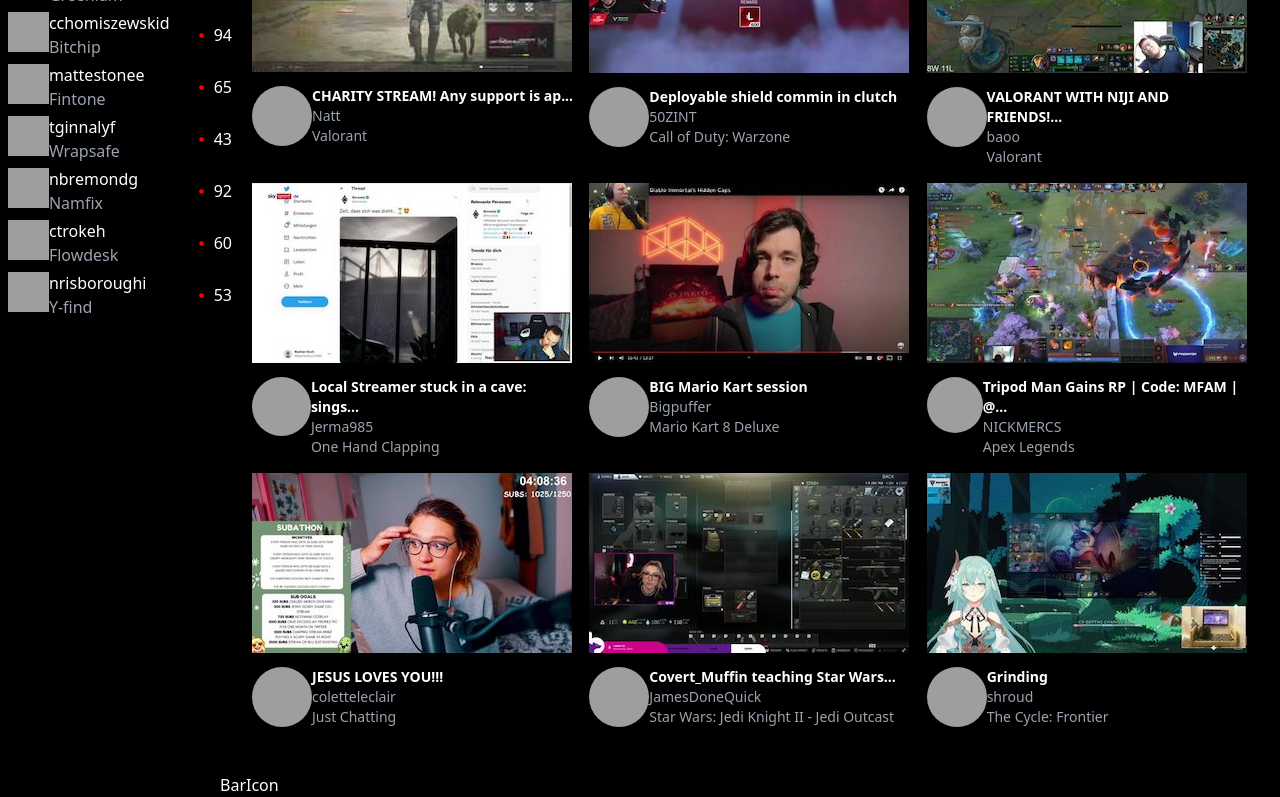
Repository: remydev47/twitch-clone
Page: /
These files come from the project's save history. The page is drawn as it stood at one moment and after the next save; the edit follows.
The browser window is 1280 px wide. The pictures show the part of the page from y = 859 to 1811 px (the page is 1656 px tall before and 1811 px after).
Pictures or frames that could not be fetched are drawn as grey boxes. The page's requests for data from a server got no answer. The project was rebuilt for these pictures with package versions that can differ from the ones it lists, and the page was loaded fresh each time. The framework's server and built-in components were replaced by stand-ins that run in the browser. No one was signed in, and anything a server would have sent is missing. Also part of the build but not shown: next.config.js.

Above is the page before, as saved 2022-07-28 21:19:28.

### pages/_app.js
import Navbar from '../components/Navbar';
import { SessionProvider } from "next-auth/react"
import '../styles/globals.css'

function MyApp({ session, Component, pageProps }) {
  return (
    <SessionProvider session={session}>
    <Navbar />
   <Component {...pageProps} />
  </SessionProvider>
  )
}

export default MyApp

### pages/index.js
import Head from 'next/head'
import Image from 'next/image'
import Layout from '../components/Layout'
import Navbar from '../components/Navbar'


export default function Home() {
  return (
    <div>
      <Layout />
    </div>
  )
}

### components/Navbar.js
import React, { Fragment } from 'react'
import Link from 'next/link'
import Image from 'next/image'
import Logo from '../public/assets/logo.png'
import { BsPerson, BsSearch, BsThreeDotsVertical } from 'react-icons/bs';
import { AiOutlineMenu, AiOutlineClose } from 'react-icons/ai';
import { Menu, Transition } from '@headlessui/react'
import { useState } from 'react'
import { useSession, signIn, signOut } from 'next-auth/react'


function classNames(...classes) {
  return classes.filter(Boolean).join('')
}

const Navbar = () => {

  const [nav, setNav] = useState(true)

  const handleNav = () => {
    setNav(!nav)
  }

  const { data: session } = useSession()
  console.log(session)

  return (
    <div className={styles.container}>
      {/* Left Bar */}
      <div className={styles.leftWrapper}>
        <Link href="/">
          <a>
            <Image
              alt="/"
              src={Logo}
              height={36}
              width={36}
              className='cursor-pointer z-10'
            />
          </a>
        </Link>
        <p className='p-4'>Browse</p>
        <div className='p-4'>
        <Menu as='div' className='relative text-left'>
            <div className='flex'>
              <Menu.Button>
                <BsThreeDotsVertical size={20} />
              </Menu.Button>
            </div>

            <Transition
              as={Fragment}
              enter='transition ease-out duration-100'
              enterFrom='transform opacity-0 scale-95'
              enterTo='transform opacity-100 scale-100'
              leave='transition ease-in duration-75'
              leaveFrom='transform opacity-100 scale-100'
              leaveTo='transform opacity-0 scale-95'
            >
              <Menu.Items className='origin-top-right absolute left-0 mt-2 w-56 rounded-md shadow-lg bg-[#0e0e10] ring-1 ring-white ring-opacity-5 focus:outline-none'>
                <div className='py-1'>
                  <Menu.Item>
                    {({ active }) => (
                      <a
                        href='#'
                        className={classNames(
                          active
                            ? 'bg-gray-500 text-gray-100'
                            : 'text-gray-200',
                          'block px-4 py-2 text-sm'
                        )}
                      >
                        Settings
                      </a>
                    )}
                  </Menu.Item>
                  <Menu.Item>
                    {({ active }) => (
                      <a
                        href='#'
                        className={classNames(
                          active
                            ? 'bg-gray-500 text-gray-100'
                            : 'text-gray-200',
                          'block px-4 py-2 text-sm'
                        )}
                      >
                        Support
                      </a>
                    )}
                  </Menu.Item>
                  <Menu.Item>
                    {({ active }) => (
                      <a
                        href='#'
                        className={classNames(
                          active
                            ? 'bg-gray-500 text-gray-100'
                            : 'text-gray-200',
                          'block px-4 py-2 text-sm'
                        )}
                      >
                        License
                      </a>
                    )}
                  </Menu.Item>
                </div>
              </Menu.Items>
            </Transition>
          </Menu>
       </div>
      </div>
      {/* Middlebar */}
      <div className={styles.middleContainer}>
        <div className={styles.middleWrapper}>
          <div>
            <input
               type="text"
               placeholder='Search'
               className={styles.input}
             />
          </div>
          <div>
            <BsSearch size={30} />
          </div>
        </div>
      </div>
      {/* Rightside */}
      <div className={styles.rightContainer}>
        {session ?  (
          <div className='flex items-center'>
            <Link href="/">
              <div>
                <p className='pr-4 cursor-pointer'>Welcome, {session.user.name}</p>
              </div>
            </Link>
            <Menu as='div' className='relative text-left'>
            <div className='flex'>
              <Menu.Button>
                <Image
                  src={session.user.image}
                  className='rounded-full'
                  width={45}
                  height={45}
                />
              </Menu.Button>
            </div>

            <Transition
              as={Fragment}
              enter='transition ease-out duration-100'
              enterFrom='transform opacity-0 scale-95'
              enterTo='transform opacity-100 scale-100'
              leave='transition ease-in duration-75'
              leaveFrom='transform opacity-100 scale-100'
              leaveTo='transform opacity-0 scale-95'
            >
              <Menu.Items className='origin-top-right absolute right-0 mt-2 w-56 rounded-md shadow-lg bg-[#0e0e10] ring-1 ring-white ring-opacity-5 focus:outline-none'>
                <div className='py-1'>
                  <Menu.Item>
                    {({ active }) => (
                      <a
                        href='/account'
                        className={classNames(
                          active
                            ? 'bg-gray-500 text-gray-100'
                            : 'text-gray-200',
                          'block px-4 py-2 text-sm'
                        )}
                      >
                        Account
                      </a>
                    )}
                  </Menu.Item>
                  <Menu.Item>
                    {({ active }) => (
                      <p
                        onClick={() => signOut()}
                        className={classNames(
                          active
                            ? 'bg-gray-500 text-gray-100'
                            : 'text-gray-200',
                          'block px-4 py-2 text-sm'
                        )}
                      >
                        LogOut
                      </p>
                    )}
                  </Menu.Item>
                </div>
              </Menu.Items>
            </Transition>
          </Menu>
          </div>
          ) : (
          <div className={styles.rightWrapper}>
          <Link href="/account">
            <button className={styles.accountContainer}>
              Account
            </button>
          </Link>
          <BsPerson size={30}/>
        </div>
        )}
      </div>
      {/* Humburger Menu */}
      <div
      onClick={handleNav}
        className={styles.menuItem}
      >
       {nav ? <AiOutlineClose size={25} /> :  <AiOutlineMenu size={25}/>}
      </div>
      {/* Mobile Menu */}
     <div
       className={
        nav
         ? styles.mobileContainer1
         : styles.mobileContainer2
       }
     >
      <ul className='text-center'>
        <li onClick={()=>setNav(false)} className={styles.homestyles}>
          <Link href="/">Home</Link>
        </li>
        <li onClick={()=>setNav(false)}  className={styles.homestyles}>
          <Link href="/">Live Channels</Link>
        </li>
        <li onClick={()=>setNav(false)}  className={styles.homestyles}>
          <Link href="/">Top Categories</Link>
        </li>
        <li onClick={()=>setNav(false)}  className={styles.homestyles}>
          <Link href="/account">Account</Link>
        </li>
      </ul>
     </div>

    </div>
  )
}

export default Navbar

const styles ={
    container:`fixed h-14 w-full flex flex-nowrap items-center p-4 bg-[#0e0e10] mb-[2px] z-10`,
    leftWrapper:`flex grow items-center justify-start`,
    middleContainer:`hidden md:flex grow-[2] justify-center item-center`,
    middleWrapper:`flex bg-gray-500 text-white justify-between items-center max-w-[400px] w-full m-auto p-2 rounded-2xl`,
    input:`bg-transparent border-none text-white focus:outline-none`,
    rightContainer:`hidden md:flex grow items-center justify-end`,
    rightWrapper:`flex items-center`,
    accountContainer:`px-4 py-[6px] font-bold rounded-xl bg-[#9147FF] mr-2`,
    mobileContainer1: `md:hidden fixed top-0 left-0 w-full h-screen bg-[#0e0e10] flex justify-center items-center ease-in duration-300`,
    mobileContainer2: `md:hidden fixed top-[-100%] left-0 w-full h-screen bg-[#0e0e10] flex justify-center items-center ease-in duration-300`,
    homestyles:`p-4 text-3xl font-bold`,
    menuItem:`block md:hidden z-10 cursor-pointer`
}

### styles/globals.css
@tailwind base;
@tailwind components;
@tailwind utilities;

html {
  @apply bg-black text-white
}

### components/Layout.js
import React from 'react'
import Main from './Main';
import Sidebar from './Sidebar'

const Layout = () => {
  return (
    <div className={styles.container}>
        <Sidebar />
        <Main />
    </div>
  )
}

export default Layout;
 const styles = {
    container: `pt-[60px] flex w-full`
 }

### components/Main.js
import React from 'react'
import BarIcon from './BarIcon'
import Hero from './Hero'
import LiveChannels from './LiveChannels'

const Main = () => {
  return (
    <div className={styles.container}>
      <Hero />
      <LiveChannels />
      <BarIcon />
    </div>
  )
}

export default Main
const styles = {
  container:`absolute left-[64px] xl:left-[220px]`
}

### components/Sidebar.js
import React from 'react'
import { recommended_channels } from '../data/mock-data'
import { top_channels } from '../data/mock-data'
import { RiMovieLine } from 'react-icons/ri'
import Image from 'next/image'
import { BsDot } from 'react-icons/bs'

const Sidebar = () => {
  return (
    <div className={styles.container}>
        <div>
            <p className={styles.channels}>Recommended Channels</p>
            <p>
                <RiMovieLine size={30} className={styles.movieIcon}/>
            </p>
        </div>
        {recommended_channels.map((item, index) => (
          <div key={index} className={styles.mapchannel}>
            <div>
              <Image
                src={item.avatar}
                width='50'
                height='50'
              />
            </div>
            <div className={styles.username}>
              <div>
                <p>{item.username}</p>
                <p className='text-gray-400'>{item.game_name}</p>
              </div>
              <p className='flex items-center'>
                <BsDot size={25} color='red'/>
                {item.rank}
              </p>
            </div>
          </div>
        ))}
        <div>
            <p className={styles.channels}>Top Channels</p>
            <p>
                <RiMovieLine size={30} className={styles.movieIcon}/>
            </p>
        </div>
        {top_channels.map((item, index) => (
          <div key={index} className={styles.mapchannel}>
            <div>
              <Image
                src={item.avatar}
                width='50'
                height='50'
              />
            </div>
            <div className={styles.username}>
              <div>
                <p>{item.username}</p>
                <p className='text-gray-400'>{item.game_name}</p>
              </div>
              <p className='flex items-center'>
                <BsDot size={25} color='red'/>
                {item.rank}
              </p>
            </div>
          </div>
        ))}
    </div>
  )
}

export default Sidebar
const styles ={
    container:`fixed w-14 sm:w-16 xl:w-[15rem] h-screen p-2 bg-[#0e0e10] cursor-pointer`,
    channels:`hidden xl:flex uppercase font-bold text-sm pb-4`,
    movieIcon: `xl:hidden justify-center w-full`,
    mapchannel:`inline-flex items-center w-full py-[2px]`,
    username: `hidden xl:flex justify-between w-full`,

}

### components/BarIcon.js
import React from 'react'
import headphones from '../public/assets/headphones.png'
import mic from '../public/assets/mic.png';
import paint from '../public/assets/paint.png';
import remote from '../public/assets/remote.png';
import trophy from '../public/assets/trophy.png'

const BarIcon = () => {
  return (
    <div>BarIcon</div>
  )
}

export default BarIcon

### components/Hero.js
import React from 'react'

const Hero = () => {
  return (
    <div id='hero' className='p-2 md:p-8'>
        <div className='relative overflow-hidden w-full pt-[56.25%]'>
        <iframe
        className='absolute top-0 left-0 right-0 bottom-0 w-full h-full'
        src="https://www.youtube.com/embed/dFvx-4gb-p4"
        title="YouTube video player"
        frameborder="0"
        allow="accelerometer; autoplay; clipboard-write; encrypted-media; gyroscope; picture-in-picture"
        allowfullscreen
        >
        </iframe>
        </div>
    </div>
  )
}

export default Hero

### components/LiveChannels.js
import React from 'react'
import ChannellItem from './ChannellItem'
import Live1 from '../public/assets/live/live1.jpeg'
import Live2 from '../public/assets/live/live2.jpeg'
import Live3 from '../public/assets/live/live3.jpeg'
import Live4 from '../public/assets/live/live4.jpeg'
import Live5 from '../public/assets/live/live5.jpeg'
import Live6 from '../public/assets/live/live6.jpeg'
import Live7 from '../public/assets/live/live7.jpeg'
import Live8 from '../public/assets/live/live8.jpeg'
import Live9 from '../public/assets/live/live9.jpeg'
import Live10 from '../public/assets/live/live10.jpeg'
import Live11 from '../public/assets/live/live11.jpeg'
import Live12 from '../public/assets/live/live12.jpeg'

const LiveChannels = () => {
  return (
    <div id=''live className='p-2 md:p-8'>
        <h2 className={styles.live}>
            <span className='text-[#9147ff]'>Live Channels</span>
            <span> we think you might like</span>
        </h2>
        {/* video container */}
        <div className={styles.videoContainer}>
            <ChannellItem
              img={Live1}
              profile_img='https://static-cdn.jtvnw.net/jtv_user_pictures/ced31775-5eb0-458a-b3c2-bd94b3587ec1-profile_image-50x50.png'
              title='CHARITY STREAM! Any support is ap...'
              user='Natt'
              game='Valorant'
            />
            <ChannellItem
              img={Live2}
              profile_img='https://static-cdn.jtvnw.net/jtv_user_pictures/5d92c6c6-69f6-4d4e-8fc3-aeb9da5e6260-profile_image-50x50.png'
              title='Deployable shield commin in clutch'
              user='50ZINT'
              game='Call of Duty: Warzone'
            />
         <ChannellItem
          img={Live3}
          profile_img='https://static-cdn.jtvnw.net/jtv_user_pictures/26fac640-e78a-49f4-8ab2-8d12b92574c6-profile_image-50x50.png'
          title='VALORANT WITH NIJI AND FRIENDS!...'
          user='baoo'
          game='Valorant'
        />
        <ChannellItem
          img={Live4}
          profile_img='https://static-cdn.jtvnw.net/jtv_user_pictures/jerma985-profile_image-447425e773e6fd5c-50x50.jpeg'
          title='Local Streamer stuck in a cave: sings...'
          user='Jerma985'
          game='One Hand Clapping'
        />
        <ChannellItem
          img={Live5}
          profile_img='https://static-cdn.jtvnw.net/jtv_user_pictures/bed3ea39-265b-4632-b866-598bb8c045dd-profile_image-50x50.png'
          title='BIG Mario Kart session'
          user='Bigpuffer'
          game='Mario Kart 8 Deluxe'
        />
        <ChannellItem
          img={Live6}
          profile_img='https://static-cdn.jtvnw.net/jtv_user_pictures/b3c347ed-1a7a-40a2-8bee-8a7c4426eb33-profile_image-50x50.png'
          title='Tripod Man Gains RP | Code: MFAM | @...'
          user='NICKMERCS'
          game='Apex Legends'
        />
        <ChannellItem
          img={Live7}
          profile_img='https://static-cdn.jtvnw.net/jtv_user_pictures/25911b2f-6077-4e46-b66e-25f1655f09f6-profile_image-50x50.png'
          title='JESUS LOVES YOU!!!'
          user='coletteleclair'
          game='Just Chatting'
        />
        <ChannellItem
          img={Live8}
          profile_img='https://static-cdn.jtvnw.net/jtv_user_pictures/b3fc1f16-0818-4121-8711-c31b9469bc21-profile_image-50x50.png'
          title='Covert_Muffin teaching Star Wars...'
          user='JamesDoneQuick'
          game='Star Wars: Jedi Knight II - Jedi Outcast'
        />
        <ChannellItem
          img={Live9}
          profile_img='https://static-cdn.jtvnw.net/jtv_user_pictures/7ed5e0c6-0191-4eef-8328-4af6e4ea5318-profile_image-50x50.png'
          title='Grinding'
          user='shroud'
          game='The Cycle: Frontier'
        />
        </div>
    </div>
  )
}

export default LiveChannels

const styles = {
    live:`text-xl font-bold px-2`,
    videoContainer:`grid sm:grid-cols-2 md:grid-cols-3 2xl:grid-cols-4 3xl:grid-cols-5 gap-4 py-2`
}

### data/mock-data.js
export const recommended_channels = [
    {
      "id":1,
      "avatar":"https://robohash.org/facereutcorrupti.png?size=50x50&set=set1",
      "username":"tcarluccio0",
      "game_name":"Holdlamis",
      "rank":49
    },
    {
    "id":2,
    "avatar":"https://robohash.org/estquaeratneque.png?size=50x50&set=set1",
    "username":"omacgeaney1",
    "game_name":"Stringtough",
    "rank":8
    },
   {
   "id":3,
   "avatar":"https://robohash.org/etcommodidolor.png?size=50x50&set=set1",
   "username":"hrains2",
   "game_name":"Redhold",
   "rank":36
   },
   {
    "id":4,
    "avatar":"https://robohash.org/inerrorquia.png?size=50x50&set=set1",
    "username":"sallflatt3",
    "game_name":"Bamity",
    "rank":55
  },
  {
  "id":5,
   "avatar":"https://robohash.org/utquibusdamtenetur.png?size=50x50&set=set1",
   "username":"ctrevear4",
   "game_name":"Lotstring",
   "rank":43
  },
  {
   "id":6,
   "avatar":"https://robohash.org/totamvoluptatessuscipit.png?size=50x50&set=set1",
   "username":"ttrench5",
   "game_name":"Wrapsafe",
   "rank":27
  },
  {
    "id":7,
    "avatar":"https://robohash.org/repellatdoloresvoluptate.png?size=50x50&set=set1",
    "username":"lbonifacio6",
    "game_name":"Bamity",
    "rank":34},
   {
    "id":8,
    "avatar":"https://robohash.org/quimaximequi.png?size=50x50&set=set1",
    "username":"jmatokhnin7",
    "game_name":"Sonsing",
    "rank":49
  },
   {
    "id":9,
    "avatar":"https://robohash.org/expeditaveniammolestiae.png?size=50x50&set=set1",
    "username":"pemerson8",
    "game_name":"Domainer",
    "rank":77
  },
  {
    "id":20,
    "avatar":"https://robohash.org/placeatnemovel.png?size=50x50&set=set1",
    "username":"kbeausangj",
    "game_name":"Zaam-Dox",
    "rank":93
  }
]
export const top_channels = [
{
  "id":1,
  "avatar":"https://robohash.org/placeatitaqueiste.png?size=50x50&set=set1",
  "username":"fhalahan9",
  "game_name":"Holdlamis",
  "rank":98
},
{
  "id":2,
  "avatar":"https://robohash.org/quasiveritatispariatur.png?size=50x50&set=set1",
  "username":"mmacilhencha",
  "game_name":"Stringtough",
  "rank":98
},
{
  "id":3,
  "avatar":"https://robohash.org/ipsamofficiaqui.png?size=50x50&set=set1",
  "username":"clecountb",
  "game_name":"Lotstring",
  "rank":13
},
{
  "id":4,
  "avatar":"https://robohash.org/autquiipsum.png?size=50x50&set=set1",
  "username":"jpeglerc",
  "game_name":"Greenlam",
  "rank":43
},
{
  "id":5,
  "avatar":"https://robohash.org/veroremmaiores.png?size=50x50&set=set1",
  "username":"cchomiszewskid",
  "game_name":"Bitchip",
  "rank":94
},
{
  "id":6,
  "avatar":"https://robohash.org/possimusquiaet.png?size=50x50&set=set1",
  "username":"mattestonee",
  "game_name":"Fintone",
  "rank":65
},
{
  "id":7,
  "avatar":"https://robohash.org/quiinventoreiste.png?size=50x50&set=set1",
  "username":"tginnalyf",
  "game_name":"Wrapsafe",
  "rank":43
},
{
"id":8,
"avatar":"https://robohash.org/molestiasdoloresit.png?size=50x50&set=set1",
"username":"nbremondg",
"game_name":"Namfix",
"rank":92
},
{
  "id":9,
  "avatar":"https://robohash.org/suntquonumquam.png?size=50x50&set=set1",
  "username":"ctrokeh",
  "game_name":"Flowdesk",
  "rank":60
},
{
  "id":10,
  "avatar":"https://robohash.org/quiaillumnisi.png?size=50x50&set=set1",
  "username":"nrisboroughi",
  "game_name":"Y-find",
  "rank":53
},
]

### components/ChannellItem.js
import Image from 'next/image'
import React from 'react'

const ChannellItem = ({img, profile_img, title, user, game}) => {
  return (
    <div classNae='p-2'>
        <Image
         src={img}
        />
        <div className='flex pt-2'>
            <div>
                <Image src={profile_img} width='60' height='60' className='rounded-full'/>
            </div>
            <div>
                <p className='text-sm font-bold'>{title}</p>
                <p className='text-sm text-gray-400'>{user}</p>
                <p className='text-sm text-gray-400'>{game}</p>
            </div>
        </div>
    </div>
  )
}

export default ChannellItem

### tailwind.config.js
/** @type {import('tailwindcss').Config} */
module.exports = {
  content: [
    "./pages/**/*.{js,ts,jsx,tsx}",
    "./components/**/*.{js,ts,jsx,tsx}",
  ],
  theme: {
    extend: {},
    screens:{
      sm: '640px',
      md:'768px',
      lg:'1028px',
      xl:'1280px',

      '2xl' : '1600px',
      '3xl' : '1800px'
        }
  },
  plugins: [],
}

After the next save:
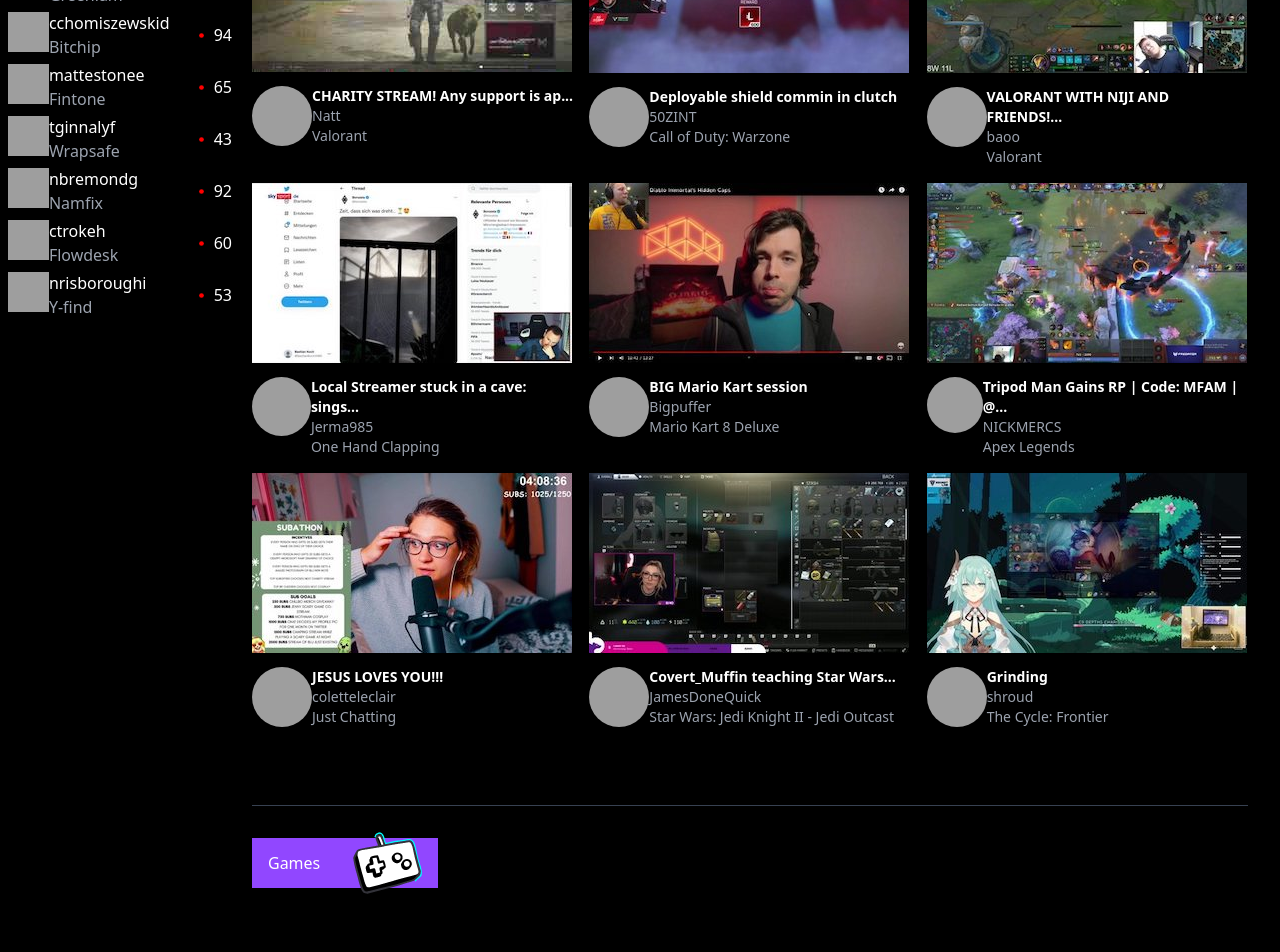
Saved 7 min 7 s later.
--- a/components/BarIcon.js
+++ b/components/BarIcon.js
@@ -1,3 +1,4 @@
+import Image from 'next/image';
 import React from 'react'
 import headphones from '../public/assets/headphones.png'
 import mic from '../public/assets/mic.png';
@@ -7,7 +8,16 @@
 
 const BarIcon = () => {
   return (
-    <div>BarIcon</div>
+    <div className='p-2 md:p-8'>
+        <div className='grid sm:grid-cols-3 lg:grid-cols-5 gap-4 border-t border-gray-700 py-8'>
+            <div className='w-full h-[50px] bg-[#9147ff] flex justify-between items-center px-4 relative'>
+                <p>Games</p>
+                <Image
+                  src={remote}
+                />
+            </div>
+        </div>
+    </div>
   )
 }
 
